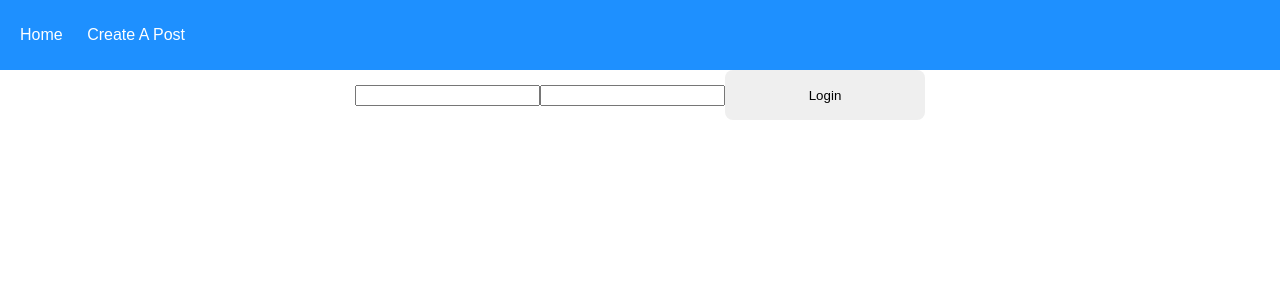
Repository: skipzenni/fullstack_react_training
Page: / (app in client/)
The author's editor kept a copy of each file at every save. The page is drawn from the files as they stood at one save, then again after a run of saves.
The browser window is 1280 px wide. The pictures show the whole page.
The page's requests for data from a server got no answer. The project was rebuilt for these pictures with package versions that can differ from the ones it lists, and the page was loaded fresh each time. No one was signed in, and anything a server would have sent is missing. Also part of the build but not shown: client/src/pages/CreatePost.js, client/src/pages/Post.js, client/src/pages/Registrasi.js, client/src/pages/PageNotFound.js.

Above is the page before, as saved 2023-06-20 01:22:04.

After the next 6 saves:
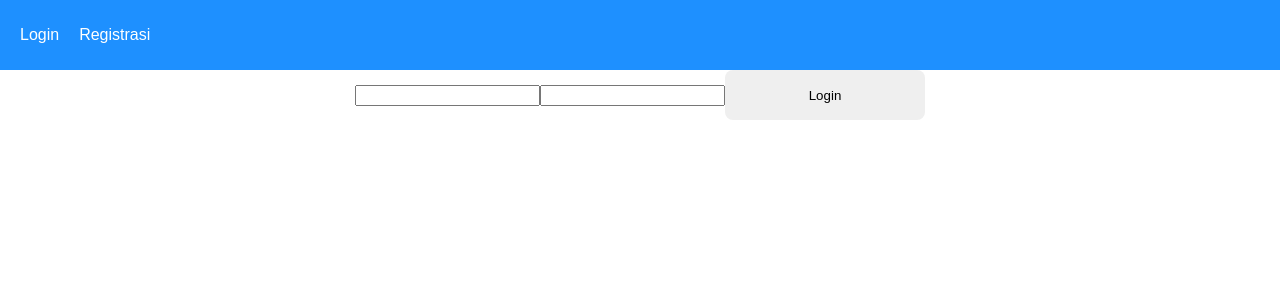
The 6 saves are shown as one change because 2 did not build or start and some came seconds apart.
The last was saved 24 s later.
--- a/client/src/App.js
+++ b/client/src/App.js
@@ -45,12 +45,15 @@ function App() {
         <Router>
           <div className="navbar">
             <div className="link">
-              <Link to="/">Home</Link>
-              <Link to="/createpost"> Create A Post</Link>
-              {!authState.status ?? (
+              {!authState.status ? (
                 <>
                   <Link to="/login">Login</Link>
                   <Link to="/registrasi">Registrasi</Link>
+                </>
+              ) : (
+                <>
+                <Link to="/">Home</Link>
+                <Link to="/createpost"> Create A Post</Link>
                 </>
               )}
             </div>
